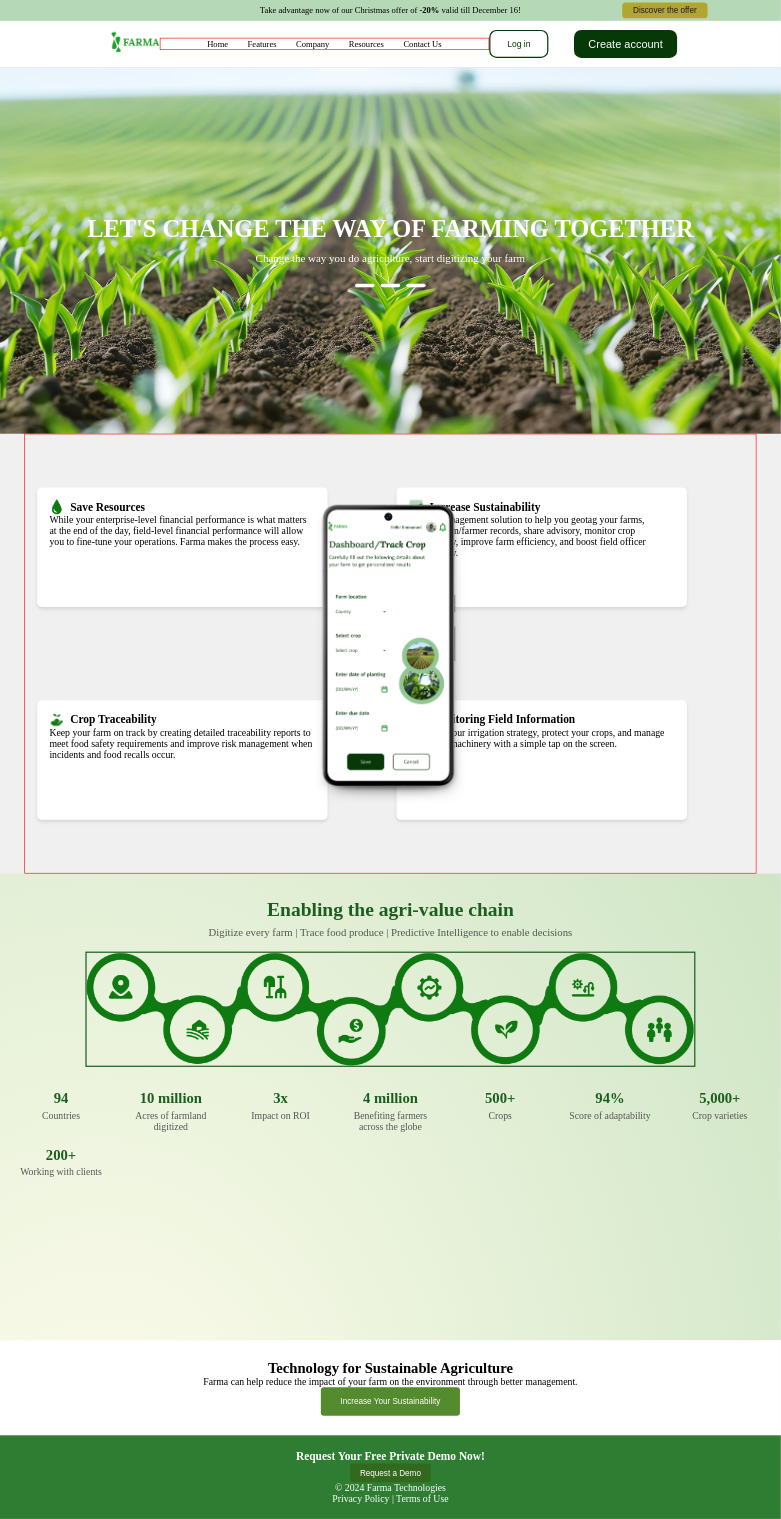
Repository: Cryptim/FARMA-TEAM-4
Page: index.html
The author's editor kept a copy of each file at every save. The page is drawn from the files as they stood at one save, then again after the next save.
The browser window is 1280 px wide. The pictures show the whole page, at 61% of full size.

Above is the page before, as saved 2024-12-05 22:25:31.

### index.html
<!DOCTYPE html>
<html lang="en">
  <head>
    <meta charset="UTF-8" />
    <meta name="viewport" content="width=device-width, initial-scale=1.0" />
    <title>Farma - Smart Agriculture</title>
    <link rel="stylesheet" href="styles.css" />
  </head>
  <body>
    <!-- Top Notification Bar -->
    <header style="justify-content: center; align-items: center">
      <div class="top-bar">
        <div class="top-bar-text">
          Take advantage now of our Christmas offer of
          <strong>-20%</strong> valid till December 16!
        </div>
        <button class="offer-btn">Discover the offer</button>
      </div>

      <!-- Navbar -->

      <nav class="navbar">
        <div class="logo">
          <img src="assets/icons/logo.png" alt="Farma Logo" />
        </div>

        <ul class="nav-links">
          <li><a href="#">Home</a></li>
          <li><a href="#">Features</a></li>
          <li><a href="#">Company</a></li>
          <li><a href="#">Resources</a></li>
          <li><a href="#">Contact Us</a></li>
        </ul>

        <div class="auth-buttons">
          <button class="login-btn">Log in</button>
          <button class="create-btn">Create account</button>
        </div>
      </nav>
    </header>

    <!-- Hero Section -->
    <div class="hero">
      <div class="hero-content">
        <h1>LET'S CHANGE THE WAY OF FARMING TOGETHER</h1>
        <p>Change the way you do agriculture, start digitizing your farm</p>
      </div>
      <div class="carousel-indicator">
        <span class="dot"></span>
        <span class="dot"></span>
        <span class="dot"></span>
      </div>
    </div>

    <!-- Features Section -->
    <div class="container">
      <div class="card">
        <h3>
          <img
            src="assets/icons/Blood-Drop--Streamline-Ultimate.png"
            alt="Water Drop"
            class="icon"
          />
          Save Resources
        </h3>
        <p>
          While your enterprise-level financial performance is what matters at
          the end of the day, field-level financial performance will allow you
          to fine-tune your operations. Farma makes the process easy.
        </p>
      </div>
      <div class="card">
        <h3>
          <img
            src="assets/icons/Analytics-Net--Streamline-Ultimate.png"
            alt="Sustainability"
            class="icon"
          />
          Increase Sustainability
        </h3>
        <p>
          A farm management solution to help you geotag your farms, digitize
          farm/farmer records, share advisory, monitor crop productivity,
          improve farm efficiency, and boost field officer productivity.
        </p>
      </div>
      <div class="center-card">
        <img
          src="assets/images/iMockup - Google Pixel 8 Pro.png"
          alt="Dashboard Screenshot"
        />
      </div>
      <div class="card">
        <h3>
          <img
            src="assets/icons/Hand-Holding-Seedling--Streamline-Atlas.png"
            alt="Crop Traceability"
            class="icon"
          />
          Crop Traceability
        </h3>
        <p>
          Keep your farm on track by creating detailed traceability reports to
          meet food safety requirements and improve risk management when
          incidents and food recalls occur.
        </p>
      </div>
      <div class="card">
        <h3>
          <img
            src="assets/icons/Hourglass-Split--Streamline-Bootstrap.png"
            alt="Field Monitoring"
            class="icon"
          />
          Monitoring Field Information
        </h3>
        <p>
          Optimize your irrigation strategy, protect your crops, and manage your
          farm machinery with a simple tap on the screen.
        </p>
      </div>
    </div>
    <!-- Value Chain Section -->
    <section class="agri-value-chain">
      <h1>Enabling the agri-value chain</h1>
      <p>
        Digitize every farm | Trace food produce | Predictive Intelligence to
        enable decisions
      </p>
      <!-- Single Central Image -->
      <div>
        <div class="central-image">
          <img src="assets/images/Chain.png" alt="Agri Value Chain Icon" />
        </div>
        <!-- Stats referencing the central image -->
        <div class="stats">
          <div class="stat-item">
            <h2>94</h2>
            <p>Countries</p>
          </div>
          <div class="stat-item">
            <h2>10 million</h2>
            <p>Acres of farmland digitized</p>
          </div>
          <div class="stat-item">
            <h2>3x</h2>
            <p>Impact on ROI</p>
          </div>
          <div class="stat-item">
            <h2>4 million</h2>
            <p>Benefiting farmers across the globe</p>
          </div>
          <div class="stat-item">
            <h2>500+</h2>
            <p>Crops</p>
          </div>
          <div class="stat-item">
            <h2>94%</h2>
            <p>Score of adaptability</p>
          </div>
          <div class="stat-item">
            <h2>5,000+</h2>
            <p>Crop varieties</p>
          </div>
          <div class="stat-item">
            <h2>200+</h2>
            <p>Working with clients</p>
          </div>
        </div>
      </div>
    </section>

    <!-- Sustainability Section -->
    <section class="sustainability">
      <h2>Technology for Sustainable Agriculture</h2>
      <p>
        Farma can help reduce the impact of your farm on the environment through
        better management.
      </p>
      <button>Increase Your Sustainability</button>
    </section>

    <!-- Footer -->
    <footer>
      <div class="footer-content">
        <h3>Request Your Free Private Demo Now!</h3>
        <button>Request a Demo</button>
      </div>
      <div class="footer-links">
        <p>© 2024 Farma Technologies</p>
        <p>Privacy Policy | Terms of Use</p>
      </div>
    </footer>

    <script src="script.js"></script>
  </body>
</html>

### styles.css
/* Reset and Base Styles */
* {
  margin: 0;
  padding: 0;
  box-sizing: border-box;
}
/* Style the scrollbar */
::-webkit-scrollbar {
  width: 15px; /* width of the scrollbar */
  height: 15px; /* height of the scrollbar for horizontal scrolling */
}

/* Style the scrollbar track (the area the scrollbar moves through) */
::-webkit-scrollbar-track {
  background: #f1f1f1; /* Light grey track */
  border-radius: 10px; /* Rounded corners */
}

/* Style the scrollbar thumb (the draggable part of the scrollbar) */
::-webkit-scrollbar-thumb {
  background: #4caf50; /* Green thumb */
  /* border-radius: 10px;    */
  /* Rounded corners */
  transition: background-color 0.3s ease;
}

/* Hover effect for the scrollbar thumb */
::-webkit-scrollbar-thumb:hover {
  background: #45a049; /* Darker green on hover */
}

body {
  margin: 0;
  padding: 0;
  justify-content: center;
  align-items: center;
  height: 100vh; /* Make sure the body takes the full viewport height */
  background-color: #f0f0f0; /* Optional: set a background color */
}

/* Top Notification Bar */
.top-bar {
  background-color: #b5d9b6;
  color: #000000;
  font-size: 14px;
  display: flex;
  justify-content: center;
  align-items: center;
  height: 34px;
  position: relative; /* Allow precise positioning for child elements */
  padding: 0 20px;
}

.top-bar-text {
  text-align: center;
  flex: 1; /* Allow the text to take up available space */
}

.offer-btn {
  position: absolute; /* Position the button independently */
  right: 120px; /* Align the button to the right side */
  background-color: #b2a532;
  color: #1e1e1e;
  border: none;
  padding: 4px 18px;
  border-radius: 6px;
  width: auto;
  cursor: pointer;
  display: flex;
  justify-content: center;
  align-items: center;
  height: 26px;
}

.offer-btn:hover {
  background-color: #92c793;
}
/* done with the above */

/* Navbar */
.navbar {
  display: flex;
  justify-content: space-between;
  align-items: center;
  padding: 15px 50px;
  background-color: #fff;
  border-bottom: 1px solid #ddd;
}

.navbar .logo {
  margin-left: 120px;
  font-size: 24px;
  font-weight: bold;
  color: #2c5f2d;
}

.logo img {
  height: 40px;
  width: auto; /* Maintain the aspect ratio */
}

.nav-links {
  display: flex;
  justify-content: center;
  gap: 32px;
  flex-grow: 1; /* Allow the nav-links section to grow and take available space */
  align-items: center;
  border: 1px solid red;
}

.nav-links li {
  list-style: none;
}
.nav-links a:hover {
  color: #92c793;
}
.nav-links a {
  text-decoration: none;
  color: #000;
  font-size: 14px;
  font-weight: 500;
}

.auth-buttons {
  display: flex;
  gap: 10px;
}

.login-btn {
  background: none;
  border: 2px solid #073808;
  padding: 5px 15px;
  margin-right: 32px;
  font-size: 14px;
  cursor: pointer;
  border-radius: 12px;
  height: 46px;
  width: 97px;
  color: #073808;
}

.create-btn {
  margin-right: 120px;
  background-color: #073808;
  color: #ffffff;
  border: none;
  padding: 5px 15px;
  font-size: 18px;
  cursor: pointer;
  border-radius: 12px;
  height: 46px;
  width: 169px;
  font-weight: 500;
}

.create-btn:hover {
  background-color: #92c793;
}

/* Hero Section */
.hero {
  background: url("assets/images/bacground.png") no-repeat center center/cover;
  height: 600px;
  display: flex;
  flex-direction: column;
  justify-content: center;
  align-items: center;
  color: #fff;
  text-align: center;
  padding: 20px;
}

.hero h1 {
  font-size: 40px;
  font-weight: bold;
  margin-bottom: 15px;
}

.hero p {
  font-size: 18px;
  margin-bottom: 30px;
}

.carousel-indicator {
  display: flex;
  gap: 10px;
}

.dot {
  height: 6px;
  width: 32px;
  background-color: #fff;
  border-radius: 10px;
  display: inline-block;
  cursor: pointer;
}

.dot:hover {
  background-color: #92c793;
}

/* Features Section */
.container {
  height: 721px;
  margin: 0 auto;
  padding: 20px;
  max-width: 1200px;
  display: grid;
  grid-template-columns: repeat(2, 1fr);
  gap: 20px;
  text-align: left;
  position: relative;
  border: 1px solid red;
  justify-content: center;
  align-items: center;
}

.card {
  position: relative;
  background-color: #fff;
  padding: 20px;
  border-radius: 8px;
  box-shadow: 0 4px 6px rgba(0, 0, 0, 0.1);
  z-index: 1;
  height: 196px;
  width: 476px;
}

.card h3 {
  margin-top: 0;
  display: flex;
  align-items: center;
}

.card h3 img {
  width: 24px;
  height: 24px;
  margin-right: 10px;
}

/* Centered Card Styling */
.center-card {
  display: flex;
  position: absolute;
  z-index: 10;
  border-radius: 8px;
  align-items: center;
  justify-content: center;

  /* Centering the card */
  top: 50%;
  left: 50%;
  transform: translate(-50%, -50%); /* Center it horizontally and vertically */
  width: 300px;
  height: auto;
  text-align: center;
}

.center-card img {
  max-width: 250px;
  height: auto;
}

@media screen and (max-width: 768px) {
  .container {
    grid-template-columns: 1fr;
    margin-left: 20px;
    margin-right: 20px;
  }

  .center-card {
    transform: translate(-50%, -45%); /* Slightly adjust for smaller screens */
  }
}
/* Value Chain Section */
.agri-value-chain {
  text-align: center;
  padding: 40px 20px;
  height: 765px;
  justify-content: center;
  align-items: center;
  background: radial-gradient(
    239.91% 558% at 12.94% 141.56%,
    #fffded 0%,
    #92c793 100%
  );
}

.agri-value-chain h1 {
  font-size: 2rem;
  color: #1b5e20;
  margin-bottom: 10px;
}

.agri-value-chain p {
  margin: 0;
  font-size: 1.1rem;
  color: #555;
}
/* Central Image Styling */
.central-image {
  margin: 20px 0;
}

.central-image img {
  border: 2px solid #1b5e20; /* Add a border for emphasis */
  /* Central Image Styling */
  .central-image {
    margin: 20px 0;
  }

  .central-image img {
    width: 200px;
    height: 200px;
    border-radius: 50%; /* Optional: Circular image */
    border: 2px solid #1b5e20; /* Add a border for emphasis */
  }
}
.stats {
  display: grid;
  grid-template-columns: repeat(auto-fit, minmax(150px, 1fr));
  gap: 20px;
  margin-top: 30px;
  justify-content: center;
}

.stat-item {
  text-align: center;
}

.stat-item .icon {
  width: 50px;
  height: 50px;
  margin-bottom: 10px;
}

.stat-item h2 {
  font-size: 1.5rem;
  color: #1b5e20;
  margin: 5px 0;
}

.stat-item p {
  font-size: 1rem;
  color: #555;
}
/* Sustainability Section */
.sustainability {
  padding: 2rem;
  text-align: center;
  background: #ffffff;
}

.sustainability button {
  padding: 1rem 2rem;
  color: #fff;
  background-color: #558b2f;
  border: none;
  border-radius: 5px;
  cursor: pointer;
}

.sustainability button:hover {
  background-color: #92c793;
}

/* Footer */
footer {
  background: #2e7d32;
  color: #fff;
  padding: 1.5rem;
  text-align: center;
}

.footer-content button {
  padding: 0.5rem 1rem;
  background: #33691e;
  border: none;
  color: #fff;
  border-radius: 5px;
  cursor: pointer;
}

Loaded but not shown: script.js (no stored copy; drawn as an empty file)

After the next save:
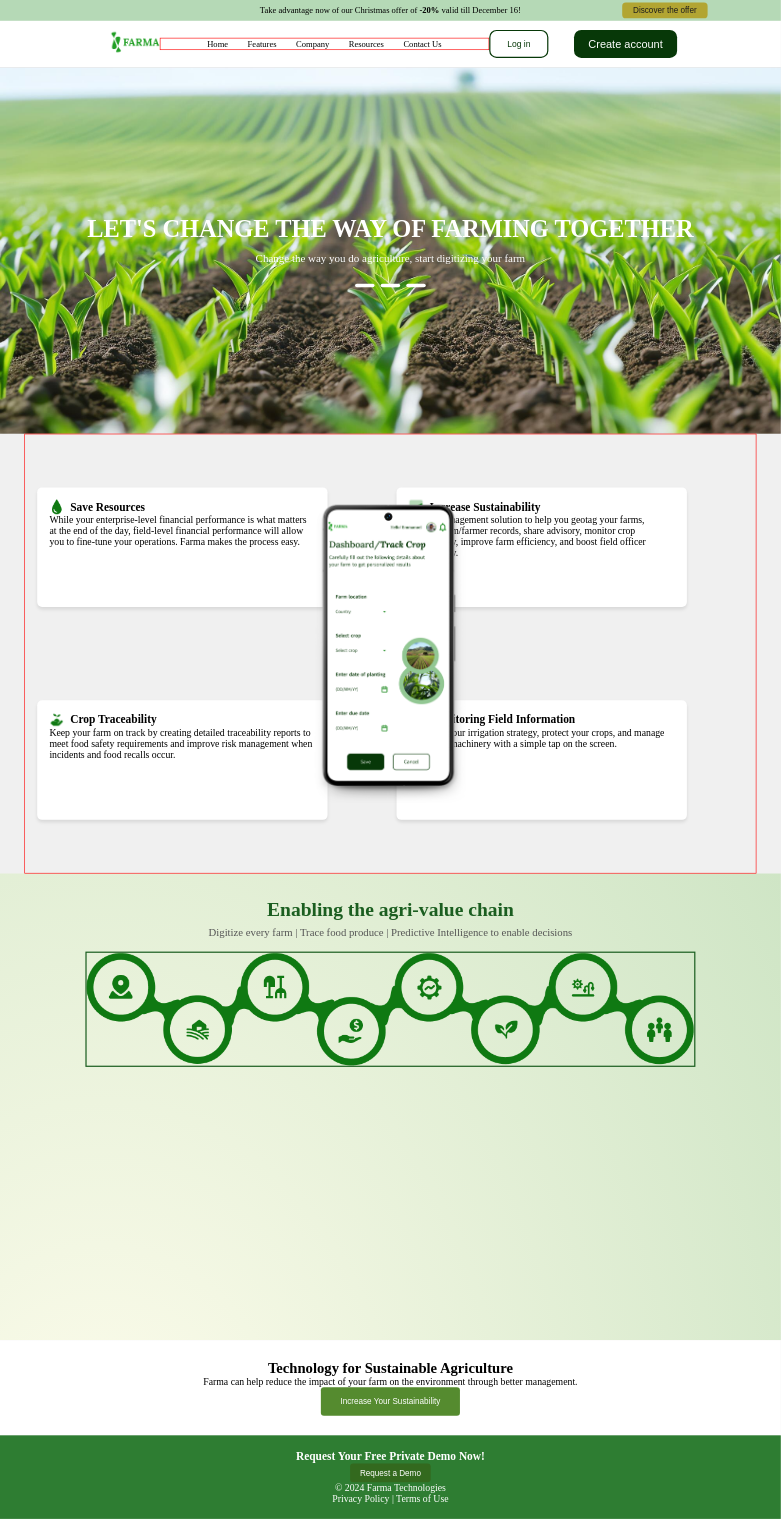
Saved 14 s later.
--- a/index.html
+++ b/index.html
@@ -132,41 +132,7 @@
         <div class="central-image">
           <img src="assets/images/Chain.png" alt="Agri Value Chain Icon" />
         </div>
-        <!-- Stats referencing the central image -->
-        <div class="stats">
-          <div class="stat-item">
-            <h2>94</h2>
-            <p>Countries</p>
-          </div>
-          <div class="stat-item">
-            <h2>10 million</h2>
-            <p>Acres of farmland digitized</p>
-          </div>
-          <div class="stat-item">
-            <h2>3x</h2>
-            <p>Impact on ROI</p>
-          </div>
-          <div class="stat-item">
-            <h2>4 million</h2>
-            <p>Benefiting farmers across the globe</p>
-          </div>
-          <div class="stat-item">
-            <h2>500+</h2>
-            <p>Crops</p>
-          </div>
-          <div class="stat-item">
-            <h2>94%</h2>
-            <p>Score of adaptability</p>
-          </div>
-          <div class="stat-item">
-            <h2>5,000+</h2>
-            <p>Crop varieties</p>
-          </div>
-          <div class="stat-item">
-            <h2>200+</h2>
-            <p>Working with clients</p>
-          </div>
-        </div>
+
       </div>
     </section>
 
